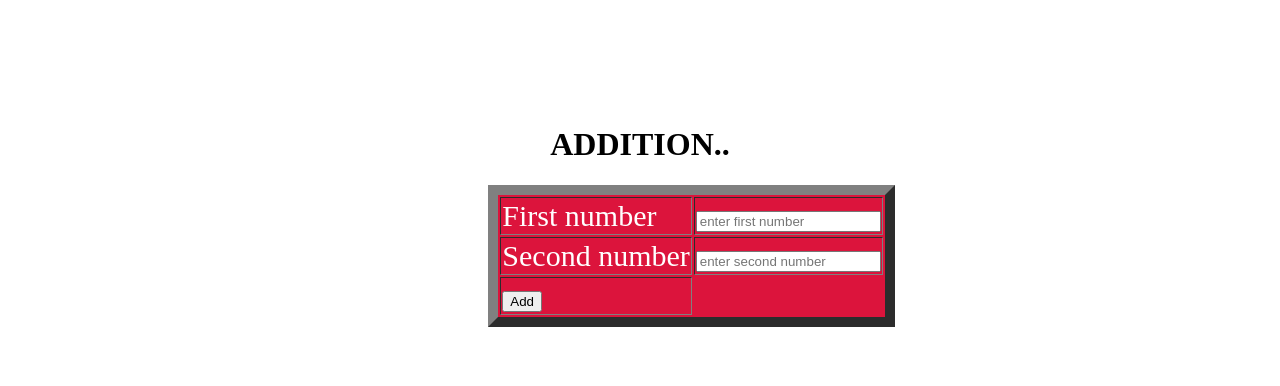
Repository: vima107/JDBC-CRUD-OPERATIONS
Page: addition/src/main/webapp/index.html
These files come from the project's save history. The page is drawn as it stood at one moment and after the next save; the edit follows.
The browser window is 1280 px wide. The pictures show the whole page.

Above is the page before, as saved 2024-10-09 10:50:57.

### addition/src/main/webapp/index.html
<!DOCTYPE html>
<html>
<head>
<meta charset="UTF-8">
<title>Insert title here</title>
</head>
<body>
	<h1 style="margin-top:10%"><center>ADDITION..</center></h1>
	<table style="margin-left:38%;background-color:crimson; font-size:30px;color:white" border=10>
	<form action="/addition/Add">
		<tr>
			<td>First number</td>
			<td><input type="text" name="firstNumber" placeholder="enter first number"></td>
		</tr>
		<tr>
			<td>Second number</td>
			<td><input type="text" name="secondNumber" placeholder="enter second number"></td>
		</tr>
		<tr>
			<td><input type="submit" value="Add"></td>
		</tr>
	</form>
	</table>
</body>
</html>

After the next save:
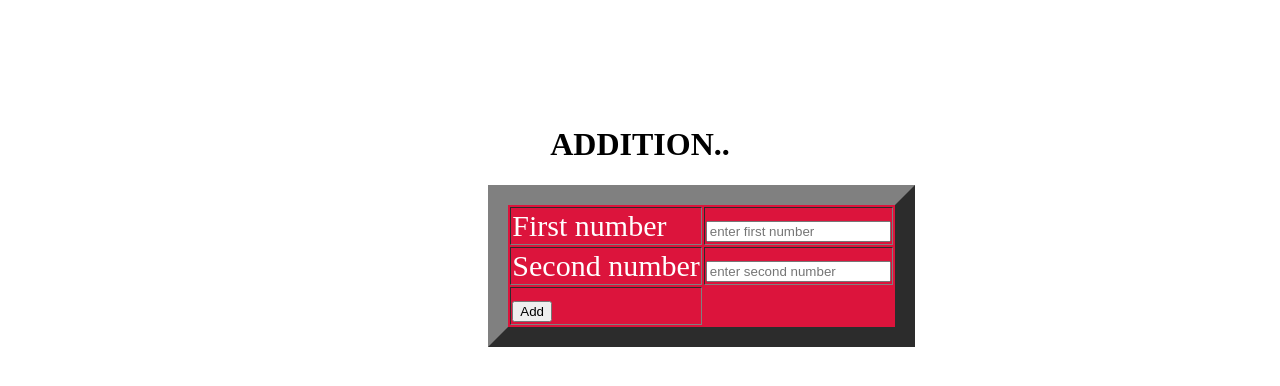
Saved 14 s later.
--- a/addition/src/main/webapp/index.html
+++ b/addition/src/main/webapp/index.html
@@ -6,7 +6,7 @@
 </head>
 <body>
 	<h1 style="margin-top:10%"><center>ADDITION..</center></h1>
-	<table style="margin-left:38%;background-color:crimson; font-size:30px;color:white" border=10>
+	<table style="margin-left:38%;background-color:crimson; font-size:30px;color:white" border=20>
 	<form action="/addition/Add">
 		<tr>
 			<td>First number</td>
